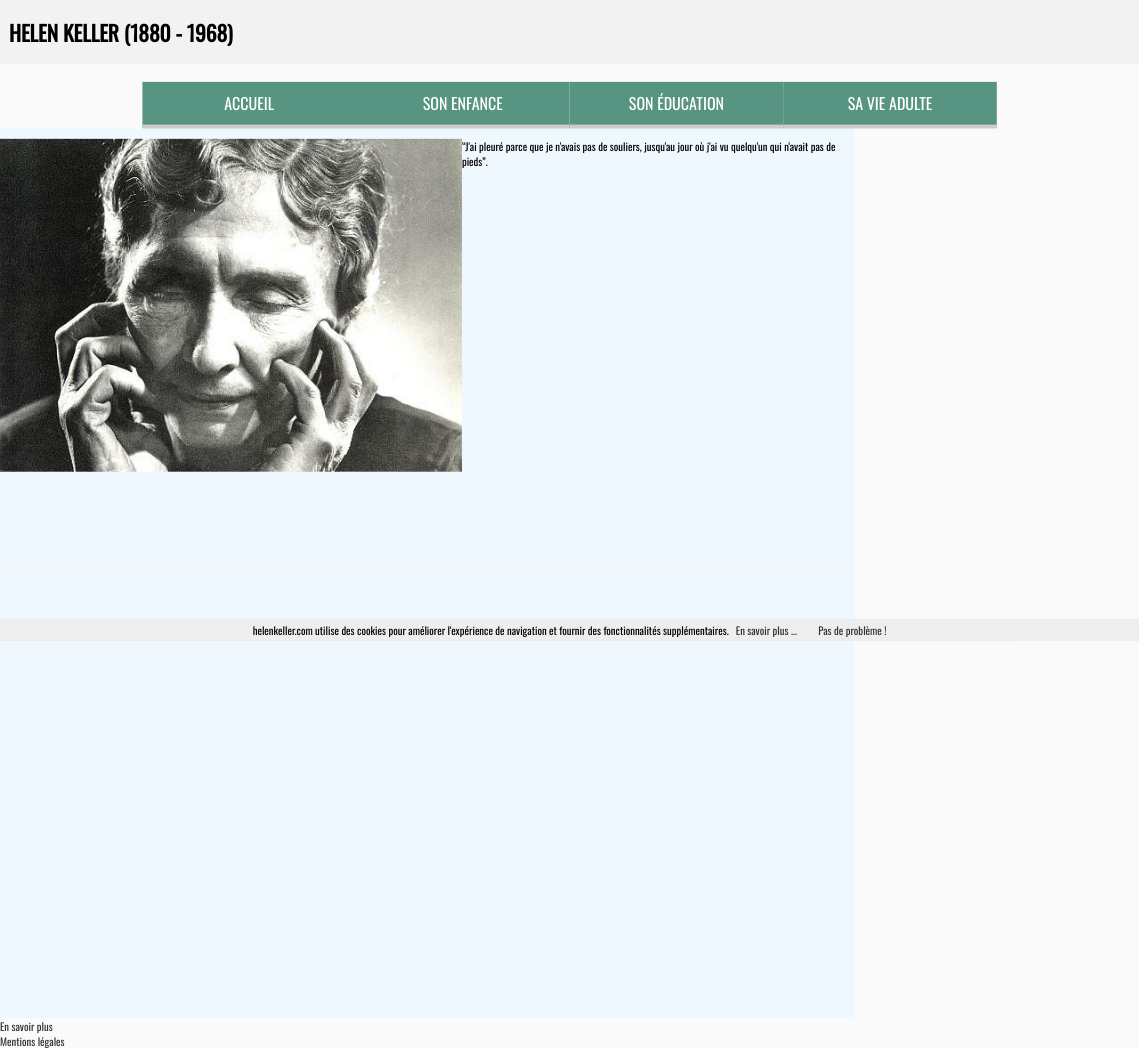
Repository: Luc010/Exercices
Page: HTML CSS/biographie_helen_keller/index.html
The author's editor kept a copy of each file at every save. The page is drawn from the files as they stood at one save, then again after a run of saves.
The browser window is 1280 px wide. The pictures show the whole page, at 89% of full size.

Above is the page before, as saved 2019-09-06 09:33:13.

### HTML CSS/biographie_helen_keller/index.html
<!DOCTYPE html>
<html lang="fr">
<head>
    <title>Biographie Helen Keller - Accueil</title>
    <meta charset="UTF-8">
    <meta name="viewport" content="width=device-width, initial-scale=1.0">
    <meta http-equiv="X-UA-Compatible" content="ie=edge">
    <link href="style.css" rel="stylesheet">
</head>
<body>
    <header>
        <div class="brand">
            <h1>HELEN KELLER (1880 - 1968)</h1>
        </div>
    </header>
        <nav>
            <ul class="navbar">
                <li class="navlink"><a href="index.html">Accueil</a></li>
                <li class="navlink"><a href="enfance.html">Son enfance</a></li>
                <li class="navlink"><a href="education.html">Son éducation</a></li>
                <li class="navlink"><a href="adulte.html">Sa vie adulte</a></li>
            </ul>
        </nav>
        <main>
            <div class="container">
                <p><img src="img/hk.jpg" alt="helen Keller portrait"></p>
                <p>“J'ai pleuré parce que je n'avais pas de souliers, jusqu'au jour où j'ai vu quelqu'un qui n'avait pas de
                    pieds”.
                </p>
            </div>
        </main>
        <footer>
            <div class="container"></div>
                <!-- ul>li*5>a{lien$} -->
                <ul>
                    <li><a href="savoirplus.html">En savoir plus</a></li>
                    <li><a href="mentions.html">Mentions légales</a></li>
                </ul>
            </div>
        </footer>
    <script src="cookiechoices.js"></script>
    <script>document.addEventListener('DOMContentLoaded', function(event) {
        cookieChoices.showCookieConsentBar('helenkeller.com utilise des cookies pour améliorer l\'expérience de navigation et fournir des fonctionnalités supplémentaires.',
          'Pas de problème !', 'En savoir plus ...', 'http://127.0.0.1:5500/biographie_helen_keller/adulte.html');
      });
    </script>
</body>
</html>

### HTML CSS/biographie_helen_keller/style.css
@import url('https://fonts.googleapis.com/css?family=Oswald&display=swap');

/* GENERAL */
*{
    box-sizing: border-box;
}
body{
    margin: 0;
    padding: 0;
    background-color: #fafafa;
    font-size: 12px;
    font-family: 'Oswald',corbel,calibri,sans-serif;
}
h1{
    margin: 0;
}
a{
    text-decoration: none;
    color: #323232;
}
ul,li{
    list-style: none;
    margin: 0;
    padding: 0;
}
nav{
    width: 960px;
    margin:20px auto 0 auto;
}
.navbar{
    text-align: center;
    display: flex;
    justify-content: space-between;
}
.navlink{
    width: 100%;
    font-size: 18px;
    background-color: #589482;
    line-height: 48px;
    text-transform: uppercase;
    font-weight: 500;
}
.navlink:hover{
    background-color: #323232;
}
.navlink > a{
    color: white;
}
ul > .navlink{
    border-bottom: solid 4px #ccc;
}
/* HEADER */

header{
    background-color: #f2f2f2;
    height: 72px;
    display:flex;
    align-items: center;
}
.brand{
    text-indent: 10px;
}

/* BODY */

.container{
    width: 960px;
    min-height: 500px;
    background-color: aliceblue;
    display: flex;
    justify-content: center;
}

### HTML CSS/biographie_helen_keller/cookiechoices.js
/*
 Copyright 2014 Google Inc. All rights reserved.

 Licensed under the Apache License, Version 2.0 (the "License");
 you may not use this file except in compliance with the License.
 You may obtain a copy of the License at

 http://www.apache.org/licenses/LICENSE-2.0

 Unless required by applicable law or agreed to in writing, software
 distributed under the License is distributed on an "AS IS" BASIS,
 WITHOUT WARRANTIES OR CONDITIONS OF ANY KIND, either express or implied.
 See the License for the specific language governing permissions and
 limitations under the License.
 */

(function(window) {

  if (!!window.cookieChoices) {
    return window.cookieChoices;
  }

  var document = window.document;
  // IE8 does not support textContent, so we should fallback to innerText.
  var supportsTextContent = 'textContent' in document.body;

  var cookieChoices = (function() {

    var cookieName = 'displayCookieConsent';
    var cookieConsentId = 'cookieChoiceInfo';
    var dismissLinkId = 'cookieChoiceDismiss';

    function _createHeaderElement(cookieText, dismissText, linkText, linkHref) {
      var butterBarStyles = 'position:fixed;width:100%;background-color:#eee;' +
          'margin:0; left:0; bottom:0;padding:4px;z-index:1000;text-align:center;';

      var cookieConsentElement = document.createElement('div');
      cookieConsentElement.id = cookieConsentId;
      cookieConsentElement.style.cssText = butterBarStyles;
      cookieConsentElement.appendChild(_createConsentText(cookieText));

      if (!!linkText && !!linkHref) {
        cookieConsentElement.appendChild(_createInformationLink(linkText, linkHref));
      }
      cookieConsentElement.appendChild(_createDismissLink(dismissText));
      return cookieConsentElement;
    }

    function _createDialogElement(cookieText, dismissText, linkText, linkHref) {
      var glassStyle = 'position:fixed;width:100%;height:100%;z-index:999;' +
          'top:0;left:0;opacity:0.5;filter:alpha(opacity=50);' +
          'background-color:#ccc;';
      var dialogStyle = 'z-index:1000;position:fixed;left:50%;top:50%';
      var contentStyle = 'position:relative;left:-50%;margin-top:-25%;' +
          'background-color:#fff;padding:20px;box-shadow:4px 4px 25px #888;';

      var cookieConsentElement = document.createElement('div');
      cookieConsentElement.id = cookieConsentId;

      var glassPanel = document.createElement('div');
      glassPanel.style.cssText = glassStyle;

      var content = document.createElement('div');
      content.style.cssText = contentStyle;

      var dialog = document.createElement('div');
      dialog.style.cssText = dialogStyle;

      var dismissLink = _createDismissLink(dismissText);
      dismissLink.style.display = 'block';
      dismissLink.style.textAlign = 'right';
      dismissLink.style.marginTop = '8px';

      content.appendChild(_createConsentText(cookieText));
      if (!!linkText && !!linkHref) {
        content.appendChild(_createInformationLink(linkText, linkHref));
      }
      content.appendChild(dismissLink);
      dialog.appendChild(content);
      cookieConsentElement.appendChild(glassPanel);
      cookieConsentElement.appendChild(dialog);
      return cookieConsentElement;
    }

    function _setElementText(element, text) {
      if (supportsTextContent) {
        element.textContent = text;
      } else {
        element.innerText = text;
      }
    }

    function _createConsentText(cookieText) {
      var consentText = document.createElement('span');
      _setElementText(consentText, cookieText);
      return consentText;
    }

    function _createDismissLink(dismissText) {
      var dismissLink = document.createElement('a');
      _setElementText(dismissLink, dismissText);
      dismissLink.id = dismissLinkId;
      dismissLink.href = '#';
      dismissLink.style.marginLeft = '24px';
      return dismissLink;
    }

    function _createInformationLink(linkText, linkHref) {
      var infoLink = document.createElement('a');
      _setElementText(infoLink, linkText);
      infoLink.href = linkHref;
      infoLink.target = '_blank';
      infoLink.style.marginLeft = '8px';
      return infoLink;
    }

    function _dismissLinkClick() {
      _saveUserPreference();
      _removeCookieConsent();
      return false;
    }

    function _showCookieConsent(cookieText, dismissText, linkText, linkHref, isDialog) {
      if (_shouldDisplayConsent()) {
        _removeCookieConsent();
        var consentElement = (isDialog) ?
            _createDialogElement(cookieText, dismissText, linkText, linkHref) :
            _createHeaderElement(cookieText, dismissText, linkText, linkHref);
        var fragment = document.createDocumentFragment();
        fragment.appendChild(consentElement);
        document.body.appendChild(fragment.cloneNode(true));
        document.getElementById(dismissLinkId).onclick = _dismissLinkClick;
      }
    }

    function showCookieConsentBar(cookieText, dismissText, linkText, linkHref) {
      _showCookieConsent(cookieText, dismissText, linkText, linkHref, false);
    }

    function showCookieConsentDialog(cookieText, dismissText, linkText, linkHref) {
      _showCookieConsent(cookieText, dismissText, linkText, linkHref, true);
    }

    function _removeCookieConsent() {
      var cookieChoiceElement = document.getElementById(cookieConsentId);
      if (cookieChoiceElement != null) {
        cookieChoiceElement.parentNode.removeChild(cookieChoiceElement);
      }
    }

    function _saveUserPreference() {
      // Set the cookie expiry to one year after today.
      var expiryDate = new Date();
      expiryDate.setFullYear(expiryDate.getFullYear() + 1);
      document.cookie = cookieName + '=y; expires=' + expiryDate.toGMTString();
    }

    function _shouldDisplayConsent() {
      // Display the header only if the cookie has not been set.
      return !document.cookie.match(new RegExp(cookieName + '=([^;]+)'));
    }

    var exports = {};
    exports.showCookieConsentBar = showCookieConsentBar;
    exports.showCookieConsentDialog = showCookieConsentDialog;
    return exports;
  })();

  window.cookieChoices = cookieChoices;
  return cookieChoices;
})(this);

After the next 2 saves:
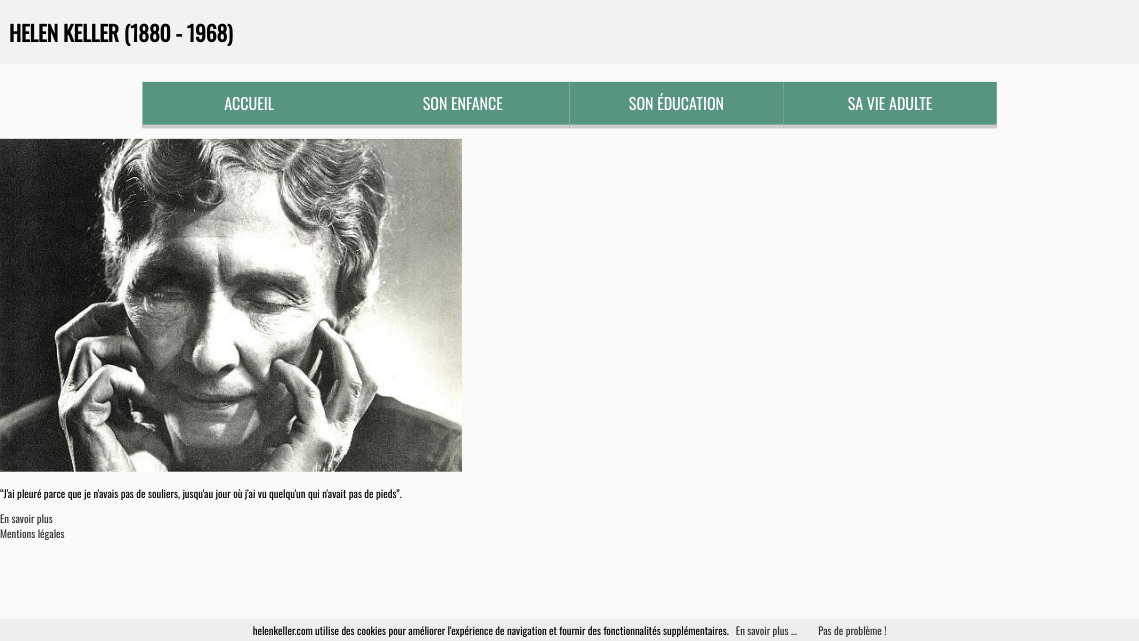
The 2 saves are shown as one change because they came seconds apart.
The last was saved 17 s later.
--- a/HTML CSS/biographie_helen_keller/style.css
+++ b/HTML CSS/biographie_helen_keller/style.css
@@ -62,11 +62,3 @@ header{
 }
 
 /* BODY */
-
-.container{
-    width: 960px;
-    min-height: 500px;
-    background-color: aliceblue;
-    display: flex;
-    justify-content: center;
-}
